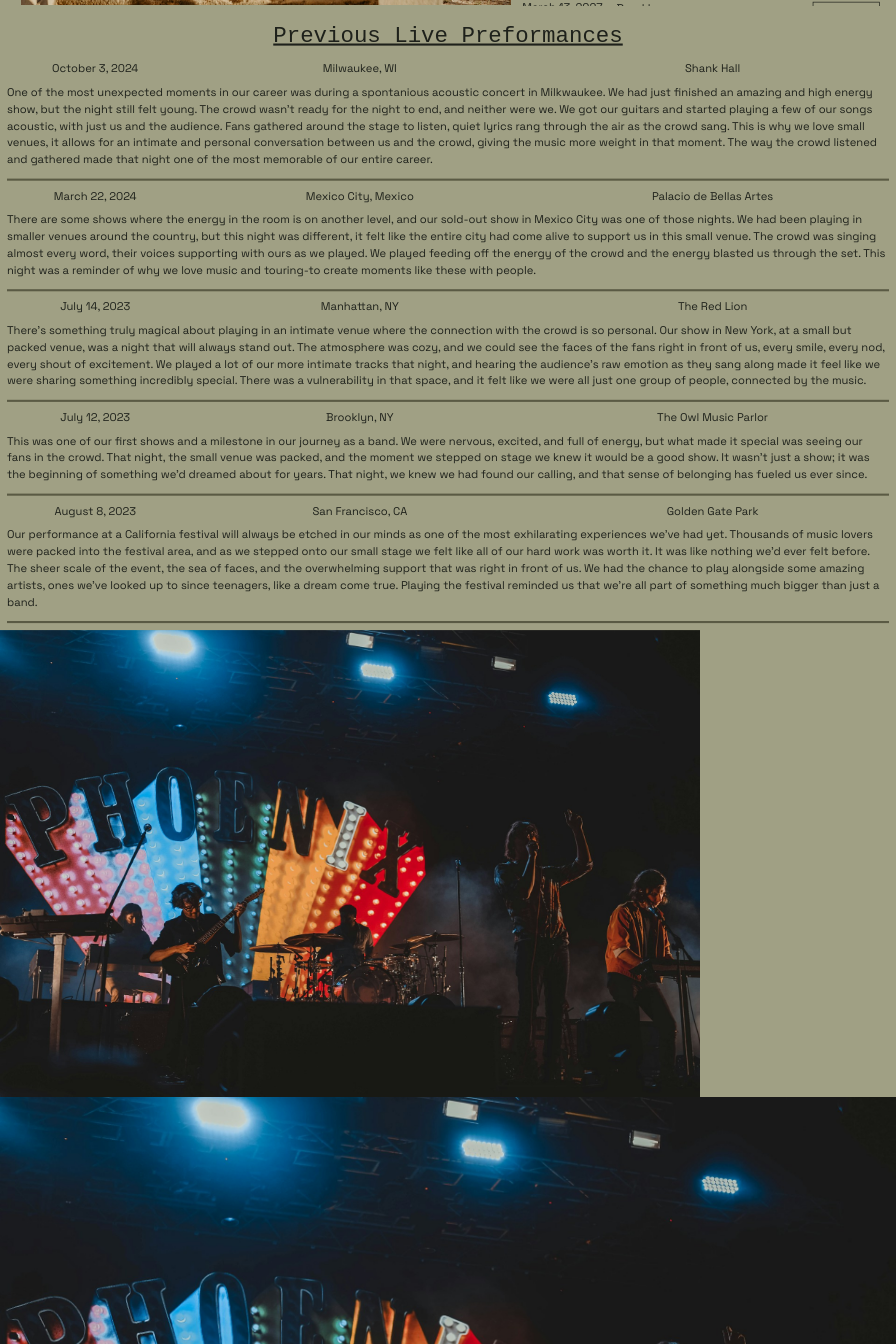
Repository: lime929/voices-del-viento
Page: /tour
These files come from the project's save history. The page is drawn as it stood at one moment and after the next save; the edit follows.
The browser window is 1280 px wide. The pictures show the part of the page from y = 983 to 2903 px (the page is 9951 px tall before and 9926 px after), at 70% of full size.
An inner scrolling area shows only its first screen. The project was rebuilt for these pictures with package versions that can differ from the ones it lists, and the page was loaded fresh each time. The framework's server and built-in components were replaced by stand-ins that run in the browser. Also part of the build but not shown: next.config.mjs.

Above is the page before, as saved 2026-09-14 16:46:24.

### app/layout.jsx
import '../app/globals.css';
import Footer from '../app/components/Footer';
import NavBar from '../app/components/NavBar';


export const metadata = {
  title: "Voces del Viento",
  description:
    "Voces del Viento is a Mexican indie rock band from Michoacán, blending classic Latin rock influences with modern sounds inspired by Caifanes, Juanes, and Los Enanitos Verdes. Discover their heartfelt music, cultural roots, and energetic live performances.",
  keywords: [
    "Voces del Viento",
    "Mexican indie rock",
    "Michoacán, Mexico",
    "Latin rock",
    "Alternative music",
    "band from Mexico",
    "indie music",
  ],
};

export default function MainLayout({ children }) {
  return (
    <html lang="en">
      <body>
        <NavBar />
        {children}
        <Footer />
      </body>
    </html>
  );
}

### app/tour/page.jsx
import styles from "./page.module.css";
import TourCurrent from "../components/TourCurrent";
import TourPast from "../components/TourPast";
import tours from "./tours.json";
import Image from "next/image";
import tourImage from "../../public/images/tour/tourImage.jpg";
import TourGallery from "../components/TourGallery";

export const metadata = {
  title: "Voces del Viento | Tour",
  description: "Live performances and tour dates for Voces del Viento. Check out our upcoming concerts and events.",
  keywords: [
    "Voces del Viento",
    "Concert announcements",
    "Live performances",
    "Tour dates",
    "Music events",
    "Band tour",
    "Live music",
    "Concert schedule",
    "Tour updates",
    "Music tour"
  ]
};

export default function TourPage() {
  const upcomingTours = tours.filter((tour) => tour.status === "upcoming");
  const pastTours = tours.filter((tour) => tour.status === "past");

  return (
    <>
      <div className={styles.tourContainer}>
      <div className={styles.tourHeader}>
        <h2 className={styles.tourTitle}>La Belleza del Cielo Tour</h2>
        <h4 className={styles.bandName}>Voices Del Viento</h4>
      </div>
       <div className={styles.currentColumns}>
  <div className={styles.currentTourImageWrap}>
          <Image
            src={tourImage}
            alt="Band's Tour image"
            width={700}
            height={800}
            sizes="100vw"
            className={styles.tourImage}
          />
        </div>
          <div className={styles.currentTourList}>
            {upcomingTours.map((tour) => (
            <TourCurrent key={tour.id} tour={tour} />
          ))}
          </div>
        </div>

        <div className={styles.pastTourList}>
          <h3 className={styles.pastTourTitle}>Previous Live Preformances</h3>
          {pastTours.map((tour) => (
            <TourPast key={tour.id} tour={tour} />
          ))}
        </div>
      </div>
      <TourGallery />
    </>
  );
}

### app/globals.css
/* @import url("https://fonts.googleapis.com/css2?family=Bebas+Neue&family=DM+Sans:opsz,wght@9..40,400;9..40,500;9..40,600;9..40,700&family=Space+Mono:wght@400;700&display=swap");
@import url('https://fonts.googleapis.com/css2?family=Space+Grotesk:wght@300..700&display=swap'); */

@import url('https://fonts.googleapis.com/css2?family=Archivo+Black&family=Bebas+Neue&family=DM+Sans:ital,opsz,wght@0,9..40,100..1000;1,9..40,100..1000&family=Oswald:wght@200..700&family=Roboto+Mono:ital,wght@0,100..700;1,100..700&family=Space+Grotesk:wght@300..700&display=swap');
@import "tailwindcss";

@theme {
      /* Large headings and album titles */
  --font-display: "Bebas Neue", sans-serif;
    /* Paragraphs, navigation, and buttons */
  --font-body: "Space Grotesk", sans-serif;
    /* Dates, labels, and small details */
  --font-mono: "Space Mono", monospace;

    /* Main page background */
  --color-band-bg: #A0A084;
    /* Main text, dark sections & footer */
  --color-band-ink: #1E211B;
    /* Text on dark/red backgrounds */
  --color-band-cream: #F2EBD8;
    /* Borders and secondary accents */
  --color-band-olive: #5a5a44;
    /* Small highlights and labels */
  --color-band-gold: #C49A46;
}

body {
  font-family: var(--font-body);
  background-color: var(--color-band-bg);
  color: var(--color-band-ink);
  margin: 0;
  padding: 0;
}

### app/components/Footer.jsx
export default function Footer() {
  return (
    <footer className="border-t border-band-olive bg-band-ink py-8 px-4 sm:px-6">
      <div className="mx-auto max-w-6xl">
        <div className="flex flex-col items-center justify-between gap-8 text-sm md:flex-row">
          {/* Copyright */}
          <div className="order-2 text-center md:order-1 md:text-left">
            <p className="font-semibold text-band-cream">
              © {new Date().getFullYear()}{' '}
              <span className="font-black text-band-cream">Voices Del Viento</span>
            </p>
            <p className="mt-1 font-mono text-xs tracking-wider text-band-gold">
              Made with Next.js & Tailwind by Liliana Mendez
            </p>
          </div>

          {/* Right links */}
          <nav className="order-1 flex items-center gap-6 md:order-2">
            <a
              href="/store"
              className="border-b-2 border-transparent pb-1 text-sm font-semibold text-band-cream transition-all duration-200 hover:border-band-gold hover:text-band-gold"
            >
              Store
            </a>
            <a
              href="/tour"
              className="border-b-2 border-transparent pb-1 text-sm font-semibold text-band-cream transition-all duration-200 hover:border-band-gold hover:text-band-gold"
            >
              Tour
            </a>
            <a
              href="/about"
              className="border-b-2 border-transparent pb-1 text-sm font-semibold text-band-cream transition-all duration-200 hover:border-band-gold hover:text-band-gold"
            >
              About
            </a>
            <a
              href="/news"
              className="border-b-2 border-transparent pb-1 text-sm font-semibold text-band-cream transition-all duration-200 hover:border-band-gold hover:text-band-gold"
            >
              News
            </a>
            <a
              href="/support"
              className="border-b-2 border-transparent pb-1 text-sm font-semibold text-band-cream transition-all duration-200 hover:border-band-gold hover:text-band-gold"
            >
              Support
            </a>
          </nav>
        </div>
      </div>
    </footer>
  );
}

### app/components/NavBar.jsx
'use client';
import { useState } from "react";
import Link from "next/link";
import Image from "next/image";
import { usePathname } from "next/navigation";
import { FaBars, FaTimes, FaFacebook, FaInstagram, FaYoutube, FaTwitter,FaSpotify } from "react-icons/fa";
import logoIcon from '../../app/icon.png';

export default function NavBar() {
  const [isMobileMenuOpen, setIsMobileMenuOpen] = useState(false);
  const pathname = usePathname();

  return (
    <>
      <nav className="bg-band-ink border-b border-band-olive sticky top-0 z-50">
        <div className="px-4 lg:px-6">
          <div className="relative flex h-24 items-center justify-between">

            {/* Mobile menu button: always positioned absolute left and hidden on md+ screens */}
            <div className="absolute inset-y-0 left-0 flex items-center md:hidden">
              <button
                onClick={() => setIsMobileMenuOpen(!isMobileMenuOpen)}
                className="inline-flex items-center justify-center p-2 rounded-md text-band-cream hover:text-band-gold hover:bg-band-olive/20 focus:outline-none focus:ring-2 focus:ring-band-gold"
                aria-controls="mobile-menu"
                aria-expanded={isMobileMenuOpen}
              >
                <span className="sr-only">Open main menu</span>
                {isMobileMenuOpen ? (
                  <FaTimes className="block h-6 w-6" />
                ) : (
                  <FaBars className="block h-6 w-6" />
                )}
              </button>
            </div>

            <div className="flex flex-1 items-center justify-center md:justify-start">
              <Link href="/" className="flex flex-shrink-0 items-center gap-2 hover:opacity-90 transition">
                <Image
                  src={logoIcon}
                  alt="Voices Del Viento Logo"
                  width={50}
                  height={50}
                  priority
                />

                <span className="hidden font-display text-4xl font-bold uppercase tracking-wide text-band-cream transition-colors hover:text-band-gold md:block md:mr-9">
                Voces Del Viento
                </span>
              </Link>


              <div className="hidden md:ml-6 md:block md:pt-2">
                <div className="flex space-x-4 lg:space-x-6">
                  <Link
                    href="/store"
                    className={`${
                      pathname === "/store" ? "border-b-2 border-band-gold text-band-gold" : "border-b-2 border-transparent text-band-cream hover:text-band-gold hover:border-band-gold"
                    } text-lg font-semibold pb-1 transition-all`}
                  >
                    Store
                  </Link>
                  <Link
                    href="/tour"
                    className={`${
                      pathname === "/tour" ? "border-b-2 border-band-gold text-band-gold" : "border-b-2 border-transparent text-band-cream hover:text-band-gold hover:border-band-gold"
                    } text-lg font-semibold pb-1 transition-all`}
                  >
                    Tour
                  </Link>
                  <Link
                    href="/about"
                    className={`${
                      pathname === "/about" ? "border-b-2 border-band-gold text-band-gold" : "border-b-2 border-transparent text-band-cream hover:text-band-gold hover:border-band-gold"
                    } text-lg font-semibold pb-1 transition-all`}
                  >
                    About
                  </Link>
                  <Link
                    href="/news"
                    className={`${
                      pathname === "/news" ? "border-b-2 border-band-gold text-band-gold" : "border-b-2 border-transparent text-band-cream hover:text-band-gold hover:border-band-gold"
                    } text-lg font-semibold pb-1 transition-all`}
                  >
                    News
                  </Link>
                  <Link
                    href="/support"
                    className={`${
                      pathname === "/support" ? "border-b-2 border-band-gold text-band-gold" : "border-b-2 border-transparent text-band-cream hover:text-band-gold hover:border-band-gold"
                    } text-lg font-semibold pb-1 transition-all`}
                  >
                    Support
                  </Link>
                </div>
              </div>
            </div>

            <div className="absolute inset-y-0 right-0 flex items-center pr-2 md:static md:ml-6 md:pr-0">
              <div className="flex items-center gap-2 text-band-cream">
             <button className="relative p-2 rounded-full transition-transform duration-250 ease-in-out hover:scale-110 hover:text-band-gold">
                    <FaFacebook className="h-6 w-6" />
                </button>
             <button className="relative p-2 rounded-full transition-transform duration-250 ease-in-out hover:scale-110 hover:text-band-gold">
                    <FaInstagram className="h-6 w-6" />
                </button>
             <button className="relative p-2 rounded-full transition-transform duration-250 ease-in-out hover:scale-110 hover:text-band-gold">
                    <FaYoutube className="h-6 w-6" />
                </button>
             <button className="relative p-2 rounded-full transition-transform duration-250 ease-in-out hover:scale-110 hover:text-band-gold">
                    <FaTwitter className="h-6 w-6" />
                </button>
            <button className="relative p-2 rounded-full transition-transform duration-250 ease-in-out hover:scale-110 hover:text-band-gold">
                    <FaSpotify className="h-6 w-6" />
                </button>
              </div>
            </div>
          </div>
        </div>

        {/* Mobile menu */}
        {isMobileMenuOpen && (
          <div className="md:hidden bg-band-ink/95 backdrop-blur-md border-t border-band-olive px-4 pb-4 pt-2 space-y-1">
            <Link
              href="/store"
              className={`${
                pathname === "/store" ? "bg-band-olive/20 text-band-cream" : "border-b-2 border-transparent text-band-cream hover:bg-band-olive/20 hover:text-band-gold"
              } block rounded-md px-3 py-3 text-base font-semibold transition-colors`}
              onClick={() => setIsMobileMenuOpen(false)}
            >
              Store
            </Link>
            <Link
              href="/tour"
              className={`${
                pathname === "/tour" ? "bg-band-olive/20 text-band-cream" : "border-b-2 border-transparent text-band-cream hover:bg-band-olive/20 hover:text-band-gold"
              } block rounded-md px-3 py-3 text-base font-semibold transition-colors`}
              onClick={() => setIsMobileMenuOpen(false)}
            >
              Tour
            </Link>
            <Link
              href="/about"
              className={`${
                pathname === "/about" ? "bg-band-olive/20 text-band-cream" : "border-b-2 border-transparent text-band-cream hover:bg-band-olive/20 hover:text-band-gold"
              } block rounded-md px-3 py-3 text-base font-semibold transition-colors`}
              onClick={() => setIsMobileMenuOpen(false)}
            >
              About
            </Link>
            <Link
              href="/news"
              className={`${
                pathname === "/news" ? "bg-band-olive/20 text-band-cream" : "border-b-2 border-transparent text-band-cream hover:bg-band-olive/20 hover:text-band-gold"
              } block rounded-md px-3 py-3 text-base font-semibold transition-colors`}
              onClick={() => setIsMobileMenuOpen(false)}
            >
              News
            </Link>
            <Link
              href="/support"
              className={`${
                pathname === "/support" ? "bg-band-olive/20 text-band-cream" : "border-b-2 border-transparent text-band-cream hover:bg-band-olive/20 hover:text-band-gold"
              } block rounded-md px-3 py-3 text-base font-semibold transition-colors`}
              onClick={() => setIsMobileMenuOpen(false)}
            >
              Support
            </Link>
          </div>
        )}
      </nav>
    </>
  );
}

### app/tour/page.module.css
/* Tour banner */
.tourContainer {
  display: flex;
  flex-direction: column;
  padding: 10px;
  background-color: var(--color-band-bg);
}

.tourHeader {
    align-items: center;
    text-align: center;
    width: 100vw;
    margin-left: calc(50% - 50vw);
    box-sizing: border-box;
}

.bandName {
  font-family: var(--font-mono);
  border-bottom: 2px solid var(--color-band-olive);
  padding-bottom: 5px;
}

.tourTitle {
  font-size: 2rem;
  font-weight: bold;
  margin-bottom: 5px;
  color: var(--color-band-ink);
  font-family: var(--font-display);
}

/* current tour entries */
.currentColumns {
  display: grid;
  grid-template-columns: 1fr 1fr;
  align-items: center;
  width: 100%;
}

.currentTourImageWrap {
  width: 700px;
  margin-top: 0;
  margin-left: 20px
}

.tourImage {
  width: 100%;
  height: auto;
  display: block;
}

.currentTourList {
  display: flex;
  flex-direction: column;
  gap: 0;
  max-height: 800px;
  overflow-y: auto;
  padding-right: 0.5rem;
}

.tourEntry {
  display: grid;
  grid-template-columns: 1.1fr 1fr 1.3fr auto;
  grid-template-rows: auto auto;
  align-items: center;
  gap: 1rem;
  padding: 0.4rem 0.3rem 0.1rem 1rem;
}

.tourEntry:hover {
  background-color: rgba(0, 0, 0, 0.05);
  transition: background-color 0.2s ease;
}

.tourDateLocation {
  display: flex;
  flex-direction: column;
  gap: 0.2rem;
}

.tourDateCell,
.tourLocationCell,
.tourVenueCell,
.tourGuestCell {
  font-size: 1rem;
  line-height: 1.3;
  margin: 0;
}

.tourTickets {
  justify-self: end;
  padding: 0.6rem 1.2rem;
  border: 1px solid var(--color-band-ink);
  text-decoration: none;
  color: var(--color-band-ink);
  text-transform: uppercase;
  letter-spacing: 0.08em;
  font-size: 0.8rem;
  transition: background-color 0.2s ease, color 0.2s ease;
}

.tourTickets:hover {
  background-color: var(--color-band-ink);
  color: var(--color-band-cream);
}

/* smaller screens */
/* dates appear below img */
@media (width <= 768px) {
  .tourContainer {
    display: flex;
    flex-direction: column;
  }

  .currentColumns {
    display: flex;
    flex-direction: column;
    width: 100%;
  }

  .currentTourImageWrap {
    width: 100%;
    margin-left: 0;
  }
}

/* Past tour dates */
.pastTourHeader {
  display: grid;
  grid-template-columns: 1fr 2fr 2fr;
  padding: 10px 0;
   text-align: center;

}
.pastTourTitle {
 font-family: var(--font-mono);
 margin-top: 20px;
 font-size: 2rem;
 text-decoration: underline;
  text-align: center;

}
.pastTour {

}

.tourDate {

}

.tourLocation {

}

.tourVenue {

}

.tourDescription {
  border-bottom: 3px solid var(--color-band-olive);
  padding-bottom: 15px;
}


/* Tour Gallery */
.tourGalleryImage {
  width: 100%;
  height: auto;
  cursor: zoom-in;
  transition: transform 0.3s ease;
}

/* triggered when the img is clicked */
.tourGalleryImage.enlarged {
  transform: scale(2);
  cursor: zoom-out;
  z-index: 999;
  position: relative;
}

### app/components/TourCurrent.jsx
import styles from "../tour/page.module.css";

export default function TourCurrent({ tour }) {
  return (
    <div className={styles.tourEntry}>
      <div className={styles.tourDateLocation}>
        <div className={styles.tourDateCell}>{tour.date}</div>
        <div className={styles.tourLocationCell}>{tour.location}</div>
      </div>

      <div className={styles.tourVenueCell}>{tour.venue}</div>

      {tour.specialGuest && (
        <div className={styles.tourGuestCell}>{tour.specialGuest}</div>
      )}

      {tour.tickets && (
        <a
          href={tour.tickets.href}
          className={styles.tourTickets}
          target="_blank"
        >
          {tour.tickets.label}
        </a>
      )}
    </div>
  );
}

### app/components/TourPast.jsx
import styles from "../tour/page.module.css";

export default function TourPast({ tour }) {
  return (
  <>
    <div className={styles.pastTour}>
            <div className={styles.pastTourHeader}>
              <p className={styles.tourDate}>{tour.date}</p>
            <p className={styles.tourLocation}>{tour.location}</p>
            <p className={styles.tourVenue}>{tour.venue}</p>
            </div>
            <p className={styles.tourDescription}>{tour.description}</p>
    </div>
  </>
  );
}

### app/components/TourGallery.jsx
"use client";

import { useState } from "react";
import Image from "next/image";
import styles from "../tour/page.module.css";
import tour1 from "../../public/images/tour/tour-1.jpg";
import tour2 from "../../public/images/tour/tour-2.jpg";
import tour3 from "../../public/images/tour/tour-3.jpg";
import tour4 from "../../public/images/tour/tour-4.jpg";
import tour5 from "../../public/images/tour/tour-5.jpg";
import tour6 from "../../public/images/tour/tour-6.jpg";
import tour7 from "../../public/images/tour/tour-7.jpg";
import tour8 from "../../public/images/tour/tour-8.jpg";

const images = [tour1, tour2, tour3, tour4, tour5, tour6, tour7, tour8];

export default function TourGallery() {
  const [selectedImage, setSelectedImage] = useState(images[0]);

  return (
    <div className={styles.tourGallery}>
      <div className={styles.tourSpotlight}>
        <Image
          src={selectedImage}
          alt="Selected tour image"
          width={1000}
          height={800}
          className={styles.tourSpotlightImage}
        />
      </div>

      <div className={styles.tourGalleryGrid}>
        {images.map((image, index) => (
          <button
            key={index}
            type="button"
            className={styles.tourGalleryThumbButton}
            onClick={() => setSelectedImage(image)}
            aria-label={`View tour image ${index + 1}`}
          >
            <Image
              src={image}
              alt={`Tour Image ${index + 1}`}
              width={300}
              height={240}
              className={styles.tourGalleryImage}
            />
          </button>
        ))}
      </div>
    </div>
  );
}

Loaded but not shown: app/tour/tours.json (247 lines, source omitted)

After the next save:
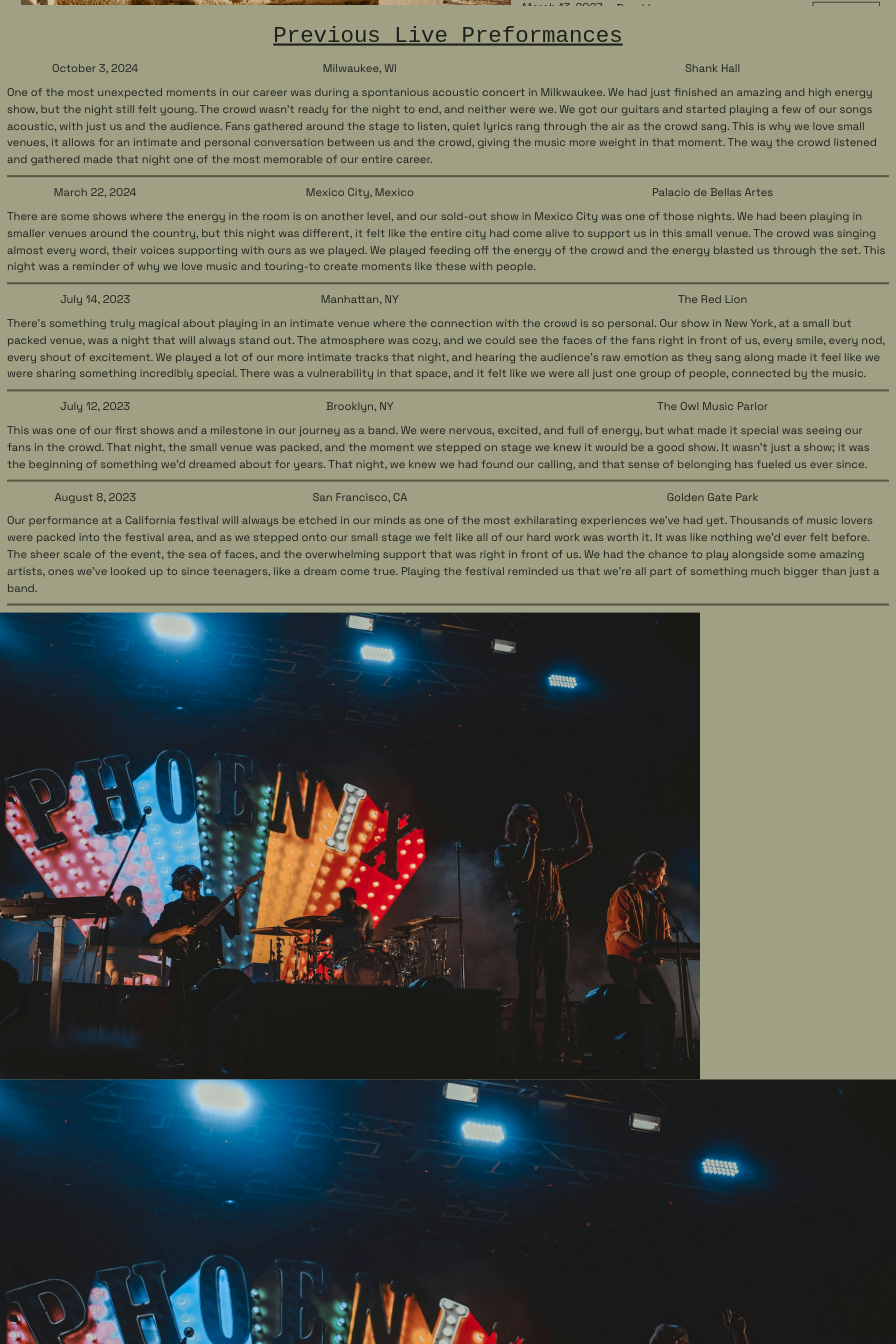
Saved 5 s later.
--- a/app/tour/page.module.css
+++ b/app/tour/page.module.css
@@ -157,7 +157,7 @@
 
 .tourDescription {
   border-bottom: 3px solid var(--color-band-olive);
-  padding-bottom: 15px;
+  padding-bottom: 10px;
 }
 
 
